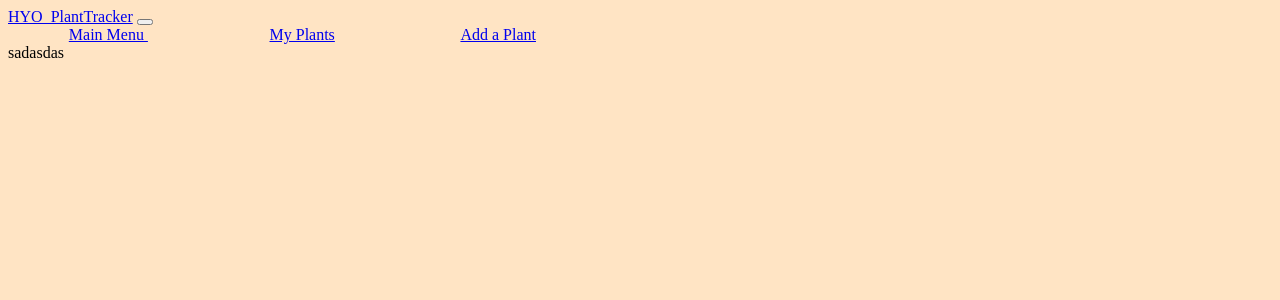
Repository: emersonwilliams/HYO_PlantTracker
Page: capstone_app/plant_tracker/templates/myplants.html
An editor plug-in stored every save of this project. The page is shown before and after a run of saves, followed by the edit.
The browser window is 1280 px wide. The pictures show the whole page.

Above is the page before, as saved 2020-08-01 23:39:18.

### capstone_app/plant_tracker/templates/myplants.html
<!-- this is the page where you can see all of your plants -->

<!DOCTYPE html>
<html lang="en">
<head>
    <meta charset="UTF-8">
    <title>Title</title>
    <!-- <link rel="stylesheet" href="https://stackpath.bootstrapcdn.com/bootstrap/4.5.0/css/bootstrap.min.css" integrity="sha384-9aIt2nRpC12Uk9gS9baDl411NQApFmC26EwAOH8WgZl5MYYxFfc+NcPb1dKGj7Sk" crossorigin="anonymous">
    <script src="https://code.jquery.com/jquery-3.5.1.slim.min.js" integrity="sha384-DfXdz2htPH0lsSSs5nCTpuj/zy4C+OGpamoFVy38MVBnE+IbbVYUew+OrCXaRkfj" crossorigin="anonymous"></script>
    <script src="https://cdn.jsdelivr.net/npm/popper.js@1.16.0/dist/umd/popper.min.js" integrity="sha384-Q6E9RHvbIyZFJoft+2mJbHaEWldlvI9IOYy5n3zV9zzTtmI3UksdQRVvoxMfooAo" crossorigin="anonymous"></script> -->
    <link rel="stylesheet" type = "text/css" href='..static/css/myplants.css'>

</head>

<body>

    <nav class="navbar navbar-expand-lg navbar-dark bg-dark">
    <a class="navbar-brand" href="#">HYO_PlantTracker</a>
    <button class="navbar-toggler" type="button" data-toggle="collapse" data-target="#navbarNavAltMarkup" aria-controls="navbarNavAltMarkup" aria-expanded="false" aria-label="Toggle navigation">
      <span class="navbar-toggler-icon"></span>
    </button>
    <div class="collapse navbar-collapse" id="navbarNavAltMarkup">
      <div class="navbar-nav">
        <a class="nav-item nav-link  op1" href="#">Main Menu <span class="sr-only"></span></a>
        <a class="nav-item nav-link op1 " href="#">My Plants</a>
        <a class="nav-item nav-link op1" href="#">Add a Plant</a>
      </div>
    </div>
  </nav>

    <div class="container">
    <!-- Content here -->
    <div>sadasdas</div>

    </div>

</body>

### capstone_app/plant_tracker/static/css/myplants.css
.nav-item {
    padding-left:3.8em;
    padding-right:3.8em;
  }

 body{
    fill: blue;
    color:'black';
    background-color: bisque;
  }

After the next 2 saves:
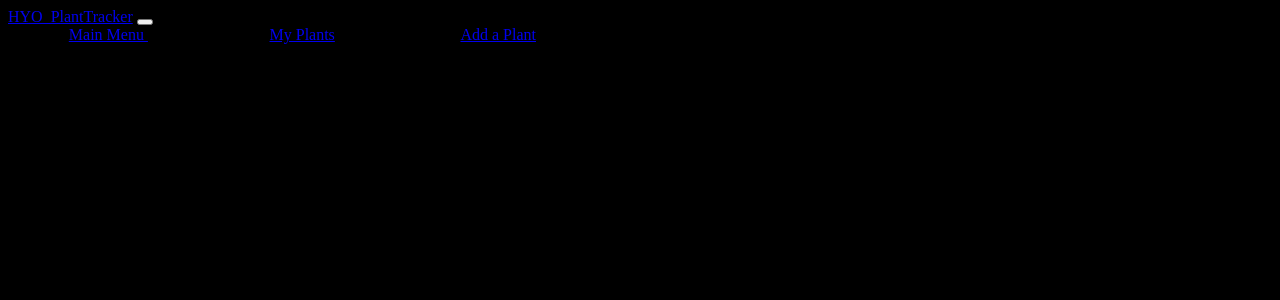
The 2 saves are shown as one change because they came seconds apart.
The last was saved 34 s later.
--- a/capstone_app/plant_tracker/static/css/myplants.css
+++ b/capstone_app/plant_tracker/static/css/myplants.css
@@ -6,5 +6,5 @@
  body{
     fill: blue;
     color:'black';
-    background-color: bisque;
+    background-color: black;
   }
